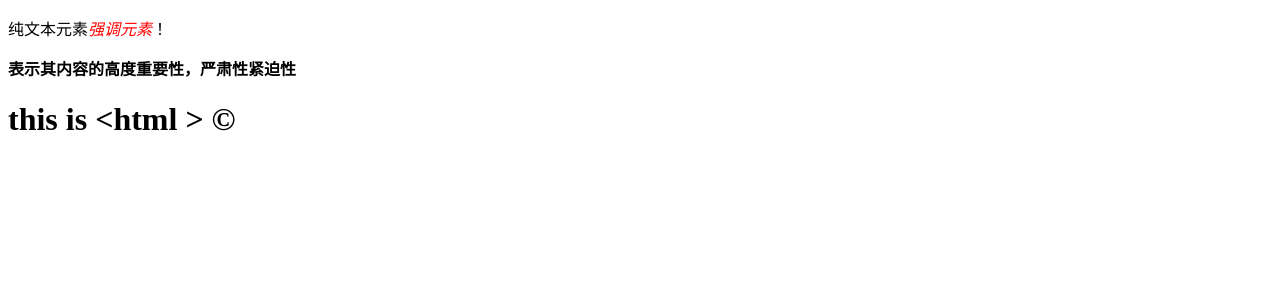
Repository: zyq1120/vscode
Page: HTML/index_01.html
An editor plug-in stored every save of this project. The page is shown before and after the next save, followed by the edit.
The browser window is 1280 px wide. The pictures show the whole page.

Above is the page before, as saved 2024-09-25 22:07:13.

### HTML/index_01.html
<!DOCTYPE html>
<html lang="en">
<head>
    <meta charset="UTF-8">
    <meta name="viewport" content="width=device-width, initial-scale=1.0">
    <meta name="description" content="......">
    <meta name="keywords" content="html">
    <title>Document</title>
    <style>
        em{
            color: red;
        }
    </style>
</head>
<body>



    <p>纯文本元素<em>强调元素</em>！</p>
    <p><strong>表示其内容的高度重要性，严肃性紧迫性</strong></p>
    <h1>this is &lt;html &gt;  &copy;</h1>


</body>
</html>

After the next save:
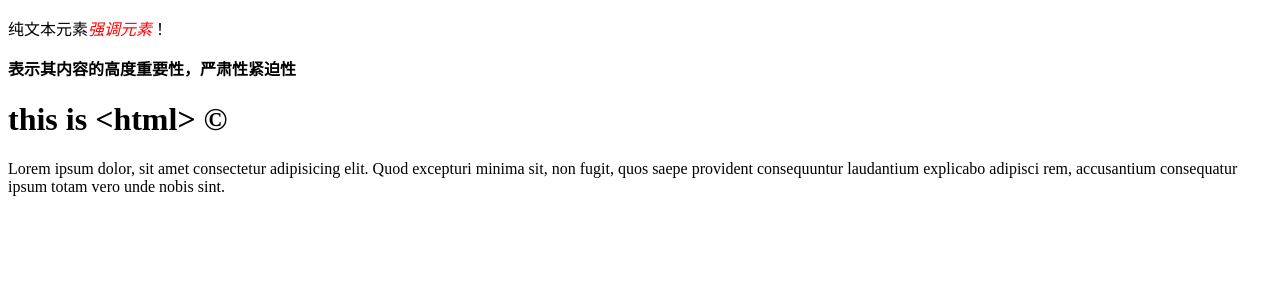
Saved 2 min 17 s later.
--- a/HTML/index_01.html
+++ b/HTML/index_01.html
@@ -18,7 +18,8 @@
 
     <p>纯文本元素<em>强调元素</em>！</p>
     <p><strong>表示其内容的高度重要性，严肃性紧迫性</strong></p>
-    <h1>this is &lt;html &gt;  &copy;</h1>
+    <h1>this is &lt;html&gt;  &copy;</h1>
+    <p>Lorem ipsum dolor, sit amet consectetur adipisicing elit. Quod excepturi minima sit, non fugit, quos saepe provident consequuntur laudantium explicabo adipisci rem, accusantium consequatur ipsum totam vero unde nobis sint.</p>
 
 
 </body>
